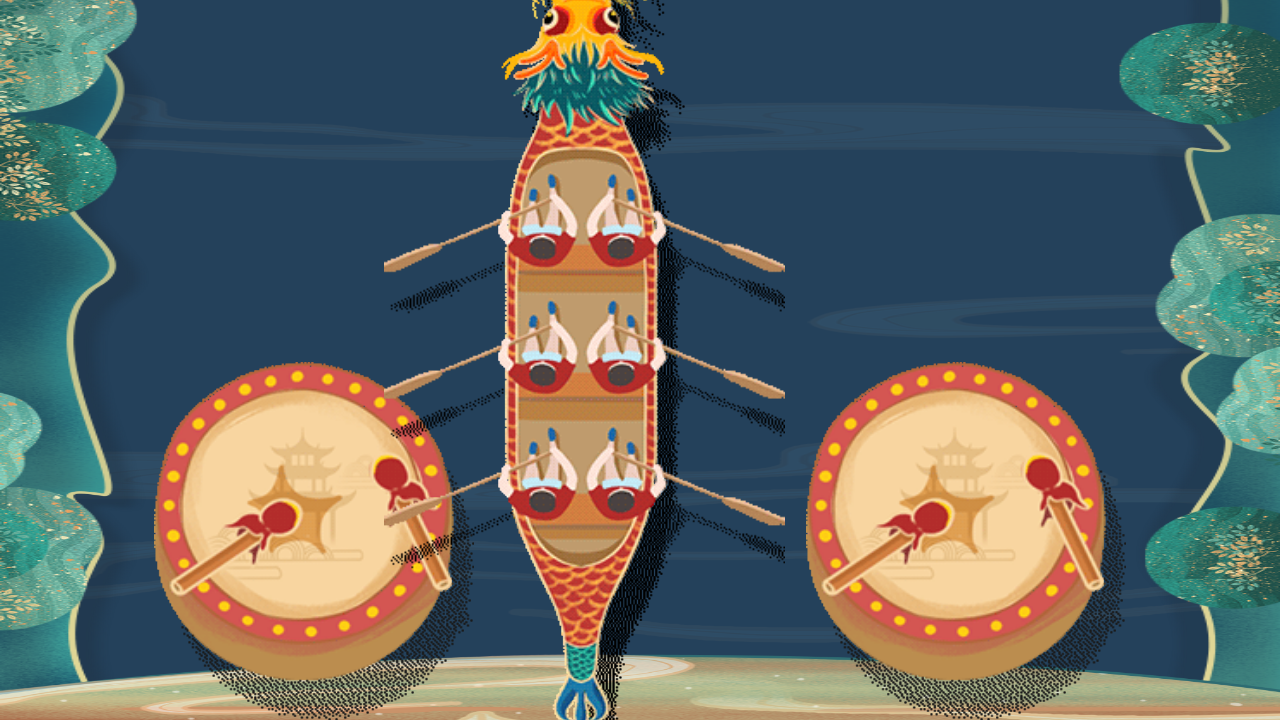
Repository: liushiwei151/hhl_dragon_boat_festival
Page: /Game
The author's editor kept a copy of each file at every save. The page is drawn from the files as they stood at one save, then again after the next save.
The browser window is 1280 px wide. The pictures show the whole page.
An inner scrolling area shows only its first screen. The project was rebuilt for these pictures with package versions that can differ from the ones it lists, and the page was loaded fresh each time. Also part of the build but not shown: vue.config.js, src/views/Home.vue.

Above is the page before, as saved 2020-06-05 17:17:28.

### src/main.ts
import Vue from "vue";
import App from "./App.vue";
import router from "./router";
import { myCustom } from "./common/custom";

Vue.config.productionTip = false;

Vue.use(myCustom);

new Vue({
  router,
  render: h => h(App)
}).$mount("#app");

### src/common/custom.ts
/**
 * longTap 长按
 */

/* eslint-disable */
let myCustom: any = {};
let timeCounter: any;

function custom(Vue: any, options: any) {
  let timeNum = 0; //定时器计数
  let isLong = false; //长按标志

  Vue.directive("longTap", {
    bind(el: any, binding: any, vNode: any) {
      let pressTime = ~~binding.arg; //长按时常 毫秒
      if (!pressTime) {
        pressTime = 500;
      } //初始化默认时长
      // 确保提供的表达式是函数
      if (typeof binding.value !== "function") {
        // 获取组件名称
        const compName = vNode.context.name;
        // 将警告传递给控制台
        let error = `[longpress:] provided expression '${binding.expression}' is not a function`;
        if (compName) {
          error += `Found in component '${compName}' `;
        }
        console.error(error);
      }
      el.addEventListener("touchstart", (event: any) => {
        isLong = false;
        timeCounter = setTimeout(() => {
          isLong = true;
          console.log();
          binding.value(el.getBoundingClientRect());
        }, pressTime);
      });
      el.addEventListener("touchend", (event: any) => {
        clearInterval(timeCounter);
      });
    }
  });
}
myCustom = {
  install: custom
};
// myCustom.install = custom;
export { myCustom };

### src/components/tips.vue
<template>
  <div class="tips" v-show="val !== false">
    <span class="text" v-show="val !== 'wait'">{{ val }}</span>
    <div class="wait" v-show="val === 'wait'"></div>
  </div>
</template>

<script lang="ts">
import { Component, Vue, Prop } from "vue-property-decorator";
@Component({})
export default class Tips extends Vue {
  @Prop() val!: string | boolean;

  mounted(): void {
    // console.log(this.val === false);
  }
}
</script>

<style lang="less" scoped>
.tips {
  position: fixed;
  width: 100%;
  height: 100%;
  z-index: 9999;
  left: 0;
  top: 0;
  display: flex;
  justify-content: center;
  align-items: center;
  .wait {
    background: url(../assets/loading-2.gif) no-repeat;
    width: 10vw;
    height: 10vw;
    background-size: 100% 100%;
  }
  .text {
    background-color: rgba(0, 0, 0, 0.6);
    border-radius: 1vw;
    max-width: 90vw;
    padding: 2vw 5vw;
    color: #fff;
    word-break: break-all;
  }
}
</style>

### src/views/Game.vue
<template>
  <div class="game">
    <div class="gameBG"></div>
    <div class="fixedBG">
      <div
        class="leftDrum drum"
        @click="swichDrum(1)"
        v-longTap="leftLong"
        @touchend="handleTouchEnd"
        :style="{ backgroundImage: 'url(' + gdUrl + ')' }"
      >
        <div
          class="drum"
          :style="{ backgroundImage: 'url(' + imgUrl + ')' }"
        ></div>
      </div>
      <div
        class="leftDrum drum"
        @click="swichDrum(2)"
        v-longTap="rightLong"
        @touchend="handleTouchEnd"
        :style="{ backgroundImage: 'url(' + gdUrl + ')' }"
      >
        <div
          class="drum"
          :style="{ backgroundImage: 'url(' + imgUrl1 + ')' }"
        ></div>
      </div>
    </div>
    <div class="longzhouBox">
      <div class="longzhou"></div>
    </div>
  </div>
</template>

<script lang="ts">
import { Component, Vue, Inject } from "vue-property-decorator";
@Component({})
export default class Game extends Vue {
  @Inject()
  private isTip!: Function;

  imgName = "gu1";
  imgName1 = "gu1";
  gdName = "gu1";
  setInterObejct: any;
  setInterObejct1: any;

  get imgUrl(): string {
    const a = require("../assets/" + this.imgName + ".png");
    return a;
  }
  get imgUrl1(): string {
    const a = require("../assets/" + this.imgName1 + ".png");
    return a;
  }
  get gdUrl(): string {
    const a = require("../assets/" + this.gdName + ".png");
    return a;
  }

  swichDrum(e: number) {
    if (e === 1) {
      if (this.imgName === "gu1") {
        this.imgName = "gu2";
      } else {
        this.imgName = "gu1";
      }
    } else if (e === 2) {
      if (this.imgName1 === "gu1") {
        this.imgName1 = "gu2";
      } else {
        this.imgName1 = "gu1";
      }
    }
  }

  leftLong() {
    const self = this;
    this.setInterObejct = setInterval(() => {
      if (this.imgName === "gu1") {
        this.imgName = "gu2";
      } else {
        this.imgName = "gu1";
      }
    }, 200);
  }
  handleTouchEnd() {
    if (this.setInterObejct) {
      clearInterval(this.setInterObejct);
    }
    if (this.setInterObejct1) {
      clearInterval(this.setInterObejct1);
    }
  }
  rightLong() {
    const self = this;
    this.setInterObejct = setInterval(() => {
      if (this.imgName1 === "gu1") {
        this.imgName1 = "gu2";
      } else {
        this.imgName1 = "gu1";
      }
    }, 200);
  }
}
</script>

<style lang="less" scoped>
@bg100: {
  position: fixed;
  top: 0;
  left: 0;
  background-size: 100% 100%;
  width: 100%;
  height: 100%;
};
@keyframes scrollBG {
  0% {
    transform: translateY(0);
  }
  100% {
    transform: translateY(-50%);
  }
}
@keyframes play {
  from {
    background-position: 0 0;
  }
  to {
    background-position: -94vw 0;
  }
}
.game {
  width: 100%;
  height: 100%;
  .longzhouBox {
    background: url(../assets/longBg.png) no-repeat;
    background-size: 100% 100%;
    width: 31.333vw;
    height: 68.133vw;
    position: relative;
    bottom: 10vh;
    left: 30vw;
    .longzhou {
      background: url(../assets/long.png) no-repeat;
      background-size: 300% 100%;
      width: 100%;
      height: 100%;
      background-position: 0 0;
      animation: play 0.5s steps(3) infinite;
      position: absolute;
    }
  }
  .fixedBG {
    background: url(../assets/gameBG2.png) no-repeat;
    @bg100();
    display: flex;
    justify-content: space-between;
    align-items: flex-end;
    box-sizing: border-box;
    padding: 0 12vw;
    .drum {
      width: 25vw;
      height: 28vw;
      background-size: 100% 100%;
    }
    .leftDrum {
    }
    .rightDrum {
    }
  }
  .gameBG {
    background: url(../assets/gameBG.png);
    position: fixed;
    top: 0;
    left: 0;
    background-size: 100% 50%;
    width: 100%;
    height: 200%;
    z-index: -1;
    animation: scrollBG 4s linear infinite;
  }
}
</style>

Loaded but not shown: public/index.html (common file); src/App.vue (common file); src/router/index.ts (common file)

After the next save:
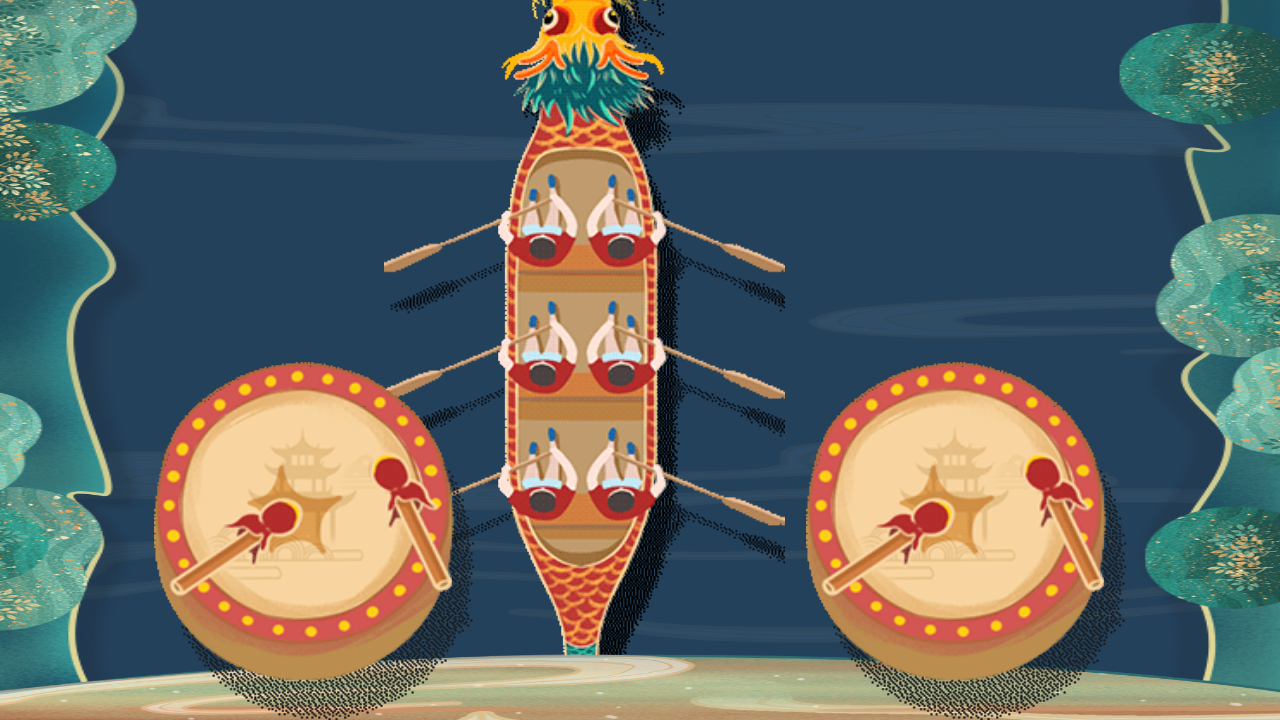
Saved 99 s later.
--- a/src/views/Game.vue
+++ b/src/views/Game.vue
@@ -142,6 +142,7 @@ export default class Game extends Vue {
     position: relative;
     bottom: 10vh;
     left: 30vw;
+    z-index: 5;
     .longzhou {
       background: url(../assets/long.png) no-repeat;
       background-size: 300% 100%;
@@ -160,6 +161,7 @@ export default class Game extends Vue {
     align-items: flex-end;
     box-sizing: border-box;
     padding: 0 12vw;
+    z-index: 20;
     .drum {
       width: 25vw;
       height: 28vw;
